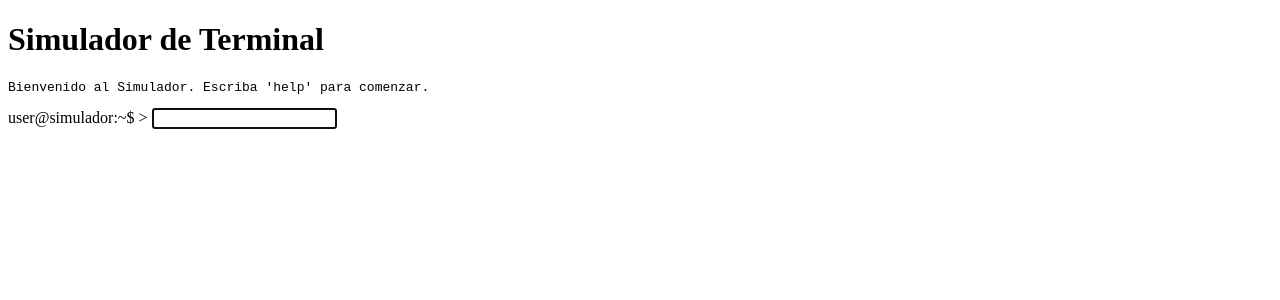
Repository: ValdezGalia/ProgramacionWebUcab
Page: pages/lineaComandos.html
These files come from the project's save history. The page is drawn as it stood at one moment and after the next save; the edit follows.
The browser window is 1280 px wide. The pictures show the whole page.

Above is the page before, as saved 2025-11-13 15:44:16.

### pages/lineaComandos.html
<!DOCTYPE html>
<html lang="es">
<head>
    <meta charset="UTF-8">
    <meta name="viewport" content="width=device-width, initial-scale=1.0">
    <meta name="description" content="Un linea de comandos (CLI) basada en diseño de la de linux">
    <title>Linea de comandos</title>
</head>
<body>

    <header>
        <h1>Simulador de Terminal</h1>
    </header>

     <div id="terminal-window">
        <pre id="terminal-output">Bienvenido al Simulador. Escriba 'help' para comenzar.</pre>

        <div id="command-line">
            <span id="prompt">user@simulador:~$ > </span>
            <input type="text" id="command-input" autofocus>
        </div>
    </div>
</body>
</html>

### style/commandline.css
* {
    margin: 0px;
    padding: 0px;
}

html, body{
    margin: 0;
    padding: 0;
    width: 100%;
    height: 100%;
    overflow: hidden;
    background-color: #333;
}

textarea{
    display: block;
    display: block;
    width: 100%;
    height: 100%;
    box-sizing: border-box;
    border: none;
    outline: none;
    resize: none;
    font-family: monospace;
    padding: 10px;
    background-color: #2036;
    color: white;
}

After the next save:
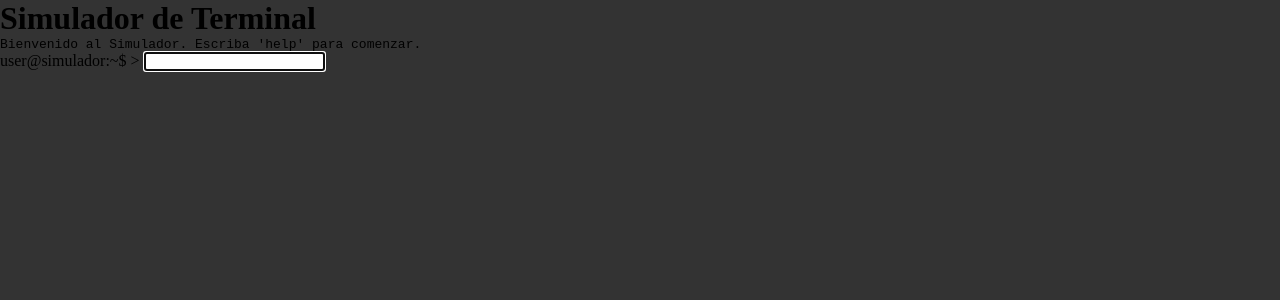
Saved 14 min 32 s later.
--- a/pages/lineaComandos.html
+++ b/pages/lineaComandos.html
@@ -4,6 +4,7 @@
     <meta charset="UTF-8">
     <meta name="viewport" content="width=device-width, initial-scale=1.0">
     <meta name="description" content="Un linea de comandos (CLI) basada en diseño de la de linux">
+    <link rel="stylesheet" href="/style/commandline.css">
     <title>Linea de comandos</title>
 </head>
 <body>
